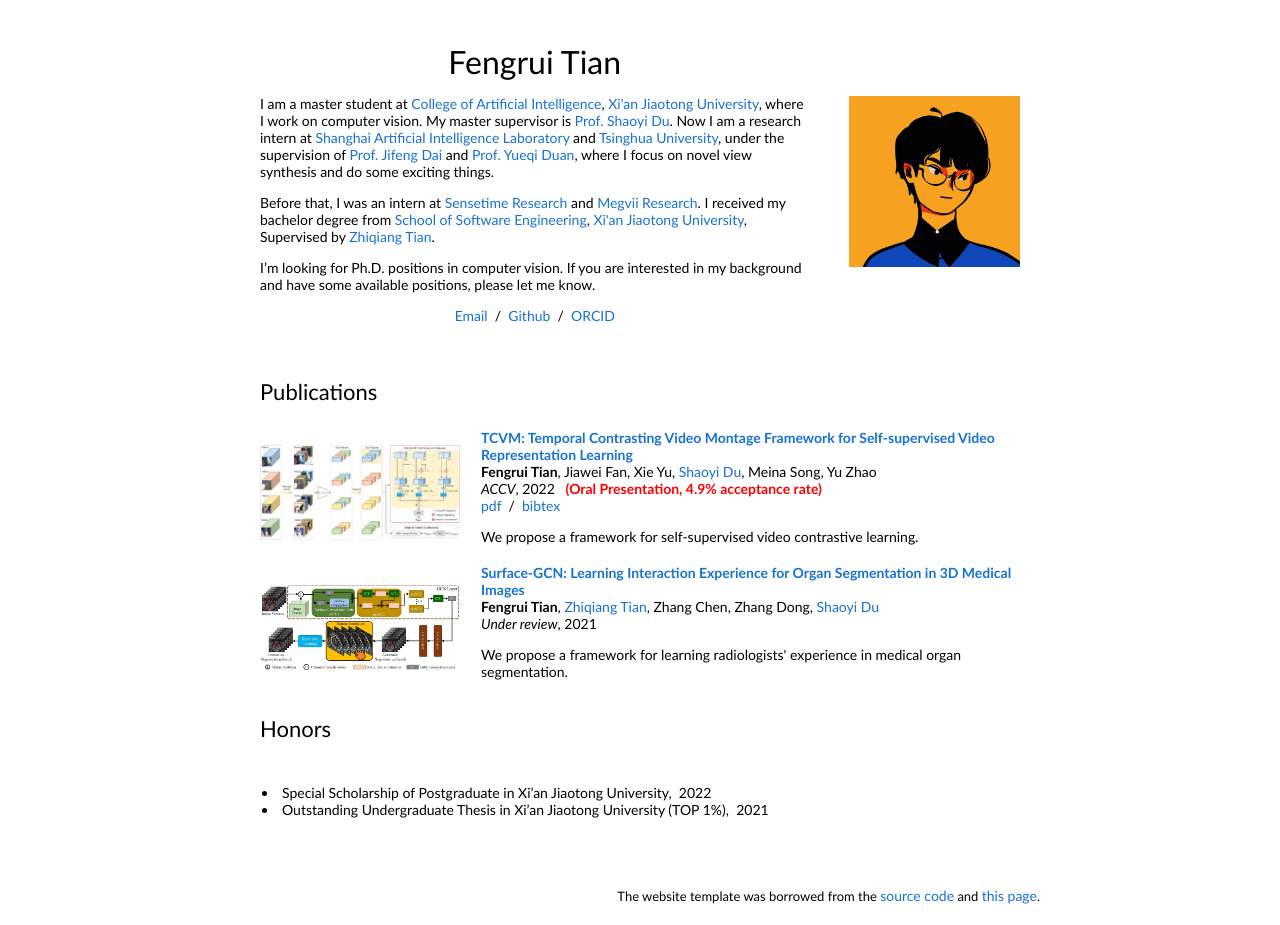
Repository: tianfr/tianfr.github.io
Page: index.html
The author's editor kept a copy of each file at every save. The page is drawn from the files as they stood at one save, then again after the next save.
The browser window is 1280 px wide. The pictures show the whole page.

Above is the page before, as saved 2022-11-20 16:16:41.

### index.html
<!DOCTYPE HTML>
<html lang="en"><head><meta http-equiv="Content-Type" content="text/html; charset=UTF-8">

  <title>Fengrui Tian </title>

  <meta name="author" content="Fengrui Tian">
  <meta name="viewport" content="width=device-width, initial-scale=1">

  <link rel="stylesheet" type="text/css" href="stylesheet.css">
	<link rel="icon" href="data:[embedded picture, 141 characters]">
</head>

<body>
  <table style="width:100%;max-width:800px;border:0px;border-spacing:0px;border-collapse:separate;margin-right:auto;margin-left:auto;"><tbody>
    <tr style="padding:0px">
      <td style="padding:0px">
        <table style="width:100%;border:0px;border-spacing:0px;border-collapse:separate;margin-right:auto;margin-left:auto;"><tbody>
          <tr style="padding:0px">
            <td style="padding:2.5%;width:70%;vertical-align:middle">
              <p style="text-align:center">
                <name>
                  Fengrui Tian
                  <!-- <font face="KaiTi" size="6">田丰瑞</font> -->
                </name>
              </p>
              <p>I am a master student at <a href="http://iair.xjtu.edu.cn/">College of Artificial Intelligence</a>, <a href="http://www.xjtu.edu.cn/">Xi'an Jiaotong University</a>, where I work on computer vision. My master supervisor is <a href="https://gr.xjtu.edu.cn/en/web/dushaoyi/home">Prof. Shaoyi Du</a>. Now I am a research intern at <a href="https://www.shlab.org.cn/">Shanghai Artificial Intelligence Laboratory</a> and <a href="https://www.tsinghua.edu.cn/">Tsinghua University</a>, under the supervision of <a href="https://jifengdai.org/">Prof. Jifeng Dai</a> and  <a href="https://duanyueqi.github.io/">Prof. Yueqi Duan</a>, where I focus on novel view synthesis and do some exciting things.
              </p>
              <p> Before that, I was an intern at <a href="https://www.sensetime.com/">Sensetime Research</a> and
                <a href="https://www.megvii.com/">Megvii Research</a>. I received my bachelor degree from  <a href="https://blog.google/products/google-ar-vr/introducing-next-generation-jump/">School of Software Engineering</a>, <a href="http://www.xjtu.edu.cn/">Xi'an Jiaotong University</a>, Supervised by <a href="https://gr.xjtu.edu.cn/en/web/zhiqiangtian/home">Zhiqiang Tian</a>.
              </p>
              <p>  I’m looking for Ph.D. positions in computer vision. If you are interested in my background and have some available positions, please let me know.
              </p>
              <p style="text-align:center">
                <a href="mailto:tianfr@stu.xjtu.edu.cn">Email</a> &nbsp/&nbsp
                <!-- <a href="data/JonBarron-CV.pdf">CV</a> &nbsp/&nbsp -->
                <!-- <a href="data/JonBarron-bio.txt">Bio</a> &nbsp/&nbsp -->
                <!-- <a href="https://scholar.google.com/citations?hl=en&user=jktWnL8AAAAJ">Google Scholar</a> &nbsp/&nbsp -->
                <!-- <a href="https://twitter.com/jon_barron">Twitter</a> &nbsp/&nbsp -->
                <a href="https://github.com/tianfr/">Github</a> &nbsp/&nbsp
                <a href="https://orcid.org/0000-0002-9577-5276">ORCID</a>
              </p>
            </td>
            <td style="padding:2.5%;width:25%;max-width:25%">
              <a href="images/Fengrui_Tian_avatar.jpg"><img style="width:100%;max-width:100%" alt="profile photo" src="images/Fengrui_Tian_avatar.jpg" class="hoverZoomLink"></a>
            </td>
          </tr>
        <!-- </tbody></table>
        <table style="width:100%;border:0px;border-spacing:0px;border-collapse:separate;margin-right:auto;margin-left:auto;"><tbody>
            <tr>
            <td style="padding:20px;width:100%;vertical-align:middle">
              <heading>Research</heading>
              <p>
                I'm interested in computer vision, machine learning, optimization, and image processing. Much of my research is about inferring the physical world (shape, motion, color, light, etc) from images. Representative papers are <span class="highlight">highlighted</span>.
              </p>
            </td>
          </tr>
        </tbody></table> -->
        <table width="100%" align="center" border="0" cellspacing="0" cellpadding="20"><tbody>
          <tr>
            <td>
              <heading>Publications</heading>
            </td>
          </tr>
        </tbody></table>
        <table style="width:100%;border:0px;border-spacing:0px;border-collapse:separate;margin-right:auto;margin-left:auto;"><tbody>

          <tr onmouseout="dreamfusion_stop()" onmouseover="dreamfusion_start()">
            <td style="padding:20px;width:25%;vertical-align:middle">
              <img src="images/tcvm_overview.jpg" alt="prl" width="200" height="95">
            </td>
            <!-- <td style="padding:20px;width:25%;vertical-align:middle">
              <div class="one">
                <div class="two" id='dreamfusion_image'><video  width=100% height=100% muted autoplay loop>
                <source src="images/dreamfusion.mp4" type="video/mp4">
                Your browser does not support the video tag.
                </video></div>
                <img src='images/tcvm_overview.jpg' width="160">
              </div>
              <script type="text/javascript">
                function dreamfusion_start() {
                  document.getElementById('dreamfusion_image').style.opacity = "1";
                }

                function dreamfusion_stop() {
                  document.getElementById('dreamfusion_image').style.opacity = "0";
                }
                dreamfusion_stop()
              </script>
            </td> -->
            <!-- <td style="padding:20px;width:75%;vertical-align:middle"> -->
            <td width="75%" valign="middle">
              <a href="paper/22accv_tcvm.pdf">
                <papertitle>TCVM: Temporal Contrasting Video Montage Framework for Self-supervised Video Representation Learning</papertitle>
              </a>
              <br>
              <strong>Fengrui Tian</strong>,
              Jiawei Fan,
              Xie Yu,
              <a href="https://gr.xjtu.edu.cn/en/web/dushaoyi/home">Shaoyi Du</a>,
              Meina Song,
              Yu Zhao
              <br>
              <em>ACCV</em>, 2022 &nbsp <font color="red"><strong>(Oral Presentation, 4.9% acceptance rate)</strong></font>
              <br>
              <a href="paper/22accv_tcvm.pdf">pdf</a>  &nbsp/&nbsp
              <a href="data/accv22TCVM.bib">bibtex</a>
              <p></p>
              <p>
              We propose a framework for self-supervised video contrastive learning.
              </p>
            </td>
          </tr>


          <tr>
            <td style="padding:20px;width:25%;vertical-align:middle">
              <img src="images/surfacegcn.jpg" alt="prl" width="200" height="85">
            </td>
            <td width="75%" valign="middle">
              <a href="">
                <papertitle>Surface-GCN: Learning Interaction Experience for Organ Segmentation in 3D Medical Images</papertitle>
              </a>
              <br>
              <strong>Fengrui Tian</strong>,
              <a href="https://gr.xjtu.edu.cn/en/web/zhiqiangtian/home">Zhiqiang Tian</a>,
              Zhang Chen,
              Zhang Dong,
              <a href="https://gr.xjtu.edu.cn/en/web/dushaoyi/home">Shaoyi Du</a>
              <br>
              <em>Under review</em>, 2021
              <br>
              <!-- <a href="data/BarronPRL2009.bib">bibtex</a> -->
              <p>We propose a framework for learning radiologists' experience in medical organ segmentation.</p>
            </td>
          </tr>

        </tbody></table>


        <table width="100%" align="center" border="0" cellspacing="0" cellpadding="20"><tbody>
          <tr>
            <td>
              <heading>Honors</heading>
            </td>
          </tr>
        </tbody></table>
        <table width="100%" align="center" border="0" cellpadding="20"><tbody>
          <tr>
            <td style="padding:20px;width:100%;vertical-align:middle">
              <li>Special Scholarship of Postgraduate in Xi’an Jiaotong University,&nbsp; 2022 </li>
              <li>Outstanding Undergraduate Thesis in Xi’an Jiaotong University (TOP 1%),&nbsp; 2021 </li> <br>
          </td>

          </tr>


        </tbody></table>
        <table style="width:100%;border:0px;border-spacing:0px;border-collapse:separate;margin-right:auto;margin-left:auto;"><tbody>
          <tr>
            <td style="padding:0px">
              <br>
              <p style="text-align:right;font-size:small;">
                The website template was borrowed from the <a href="https://github.com/jonbarron/website">source code</a> and <a href="https://jonbarron.info/"> this page</a>.
              </p>
            </td>
          </tr>
        </tbody></table>
      </td>
    </tr>
  </table>
</body>

</html>

### stylesheet.css
/* latin-ext */
@font-face {
  font-family: 'Lato';
  font-style: italic;
  font-weight: 400;
  src: local('Lato Italic'), local('Lato-Italic'), url(https://fonts.gstatic.com/s/lato/v15/S6u8w4BMUTPHjxsAUi-qNiXg7eU0.woff2) format('woff2');
  unicode-range: U+0100-024F, U+0259, U+1E00-1EFF, U+2020, U+20A0-20AB, U+20AD-20CF, U+2113, U+2C60-2C7F, U+A720-A7FF;
}
/* latin */
@font-face {
  font-family: 'Lato';
  font-style: italic;
  font-weight: 400;
  src: local('Lato Italic'), local('Lato-Italic'), url(https://fonts.gstatic.com/s/lato/v15/S6u8w4BMUTPHjxsAXC-qNiXg7Q.woff2) format('woff2');
  unicode-range: U+0000-00FF, U+0131, U+0152-0153, U+02BB-02BC, U+02C6, U+02DA, U+02DC, U+2000-206F, U+2074, U+20AC, U+2122, U+2191, U+2193, U+2212, U+2215, U+FEFF, U+FFFD;
}
/* latin-ext */
@font-face {
  font-family: 'Lato';
  font-style: italic;
  font-weight: 700;
  src: local('Lato Bold Italic'), local('Lato-BoldItalic'), url(https://fonts.gstatic.com/s/lato/v15/S6u_w4BMUTPHjxsI5wq_FQftx9897sxZ.woff2) format('woff2');
  unicode-range: U+0100-024F, U+0259, U+1E00-1EFF, U+2020, U+20A0-20AB, U+20AD-20CF, U+2113, U+2C60-2C7F, U+A720-A7FF;
}
/* latin */
@font-face {
  font-family: 'Lato';
  font-style: italic;
  font-weight: 700;
  src: local('Lato Bold Italic'), local('Lato-BoldItalic'), url(https://fonts.gstatic.com/s/lato/v15/S6u_w4BMUTPHjxsI5wq_Gwftx9897g.woff2) format('woff2');
  unicode-range: U+0000-00FF, U+0131, U+0152-0153, U+02BB-02BC, U+02C6, U+02DA, U+02DC, U+2000-206F, U+2074, U+20AC, U+2122, U+2191, U+2193, U+2212, U+2215, U+FEFF, U+FFFD;
}
/* latin-ext */
@font-face {
  font-family: 'Lato';
  font-style: normal;
  font-weight: 400;
  src: local('Lato Regular'), local('Lato-Regular'), url(https://fonts.gstatic.com/s/lato/v15/S6uyw4BMUTPHjxAwXiWtFCfQ7A.woff2) format('woff2');
  unicode-range: U+0100-024F, U+0259, U+1E00-1EFF, U+2020, U+20A0-20AB, U+20AD-20CF, U+2113, U+2C60-2C7F, U+A720-A7FF;
}
/* latin */
@font-face {
  font-family: 'Lato';
  font-style: normal;
  font-weight: 400;
  src: local('Lato Regular'), local('Lato-Regular'), url(https://fonts.gstatic.com/s/lato/v15/S6uyw4BMUTPHjx4wXiWtFCc.woff2) format('woff2');
  unicode-range: U+0000-00FF, U+0131, U+0152-0153, U+02BB-02BC, U+02C6, U+02DA, U+02DC, U+2000-206F, U+2074, U+20AC, U+2122, U+2191, U+2193, U+2212, U+2215, U+FEFF, U+FFFD;
}
/* latin-ext */
@font-face {
  font-family: 'Lato';
  font-style: normal;
  font-weight: 700;
  src: local('Lato Bold'), local('Lato-Bold'), url(https://fonts.gstatic.com/s/lato/v15/S6u9w4BMUTPHh6UVSwaPGQ3q5d0N7w.woff2) format('woff2');
  unicode-range: U+0100-024F, U+0259, U+1E00-1EFF, U+2020, U+20A0-20AB, U+20AD-20CF, U+2113, U+2C60-2C7F, U+A720-A7FF;
}
/* latin */
@font-face {
  font-family: 'Lato';
  font-style: normal;
  font-weight: 700;
  src: local('Lato Bold'), local('Lato-Bold'), url(https://fonts.gstatic.com/s/lato/v15/S6u9w4BMUTPHh6UVSwiPGQ3q5d0.woff2) format('woff2');
  unicode-range: U+0000-00FF, U+0131, U+0152-0153, U+02BB-02BC, U+02C6, U+02DA, U+02DC, U+2000-206F, U+2074, U+20AC, U+2122, U+2191, U+2193, U+2212, U+2215, U+FEFF, U+FFFD;
}

a {
  color: #1772d0;
  text-decoration: none;
}

a:focus,
a:hover {
  color: #f09228;
  text-decoration: none;
}

body,
td,
th,
tr,
p,
a {
  font-family: 'Lato', Verdana, Helvetica, sans-serif;
  font-size: 14px
}

strong {
  font-family: 'Lato', Verdana, Helvetica, sans-serif;
  font-size: 14px;
}

heading {
  font-family: 'Lato', Verdana, Helvetica, sans-serif;
  font-size: 22px;
}

papertitle {
  font-family: 'Lato', Verdana, Helvetica, sans-serif;
  font-size: 14px;
  font-weight: 700
}

name {
  font-family: 'Lato', Verdana, Helvetica, sans-serif;
  font-size: 32px;
}

.one {
  width: 160px;
  height: 160px;
  position: relative;
}

.two {
  width: 160px;
  height: 160px;
  position: absolute;
  transition: opacity .2s ease-in-out;
  -moz-transition: opacity .2s ease-in-out;
  -webkit-transition: opacity .2s ease-in-out;
}

.fade {
  transition: opacity .2s ease-in-out;
  -moz-transition: opacity .2s ease-in-out;
  -webkit-transition: opacity .2s ease-in-out;
}

span.highlight {
  background-color: #ffffd0;
}

After the next save:
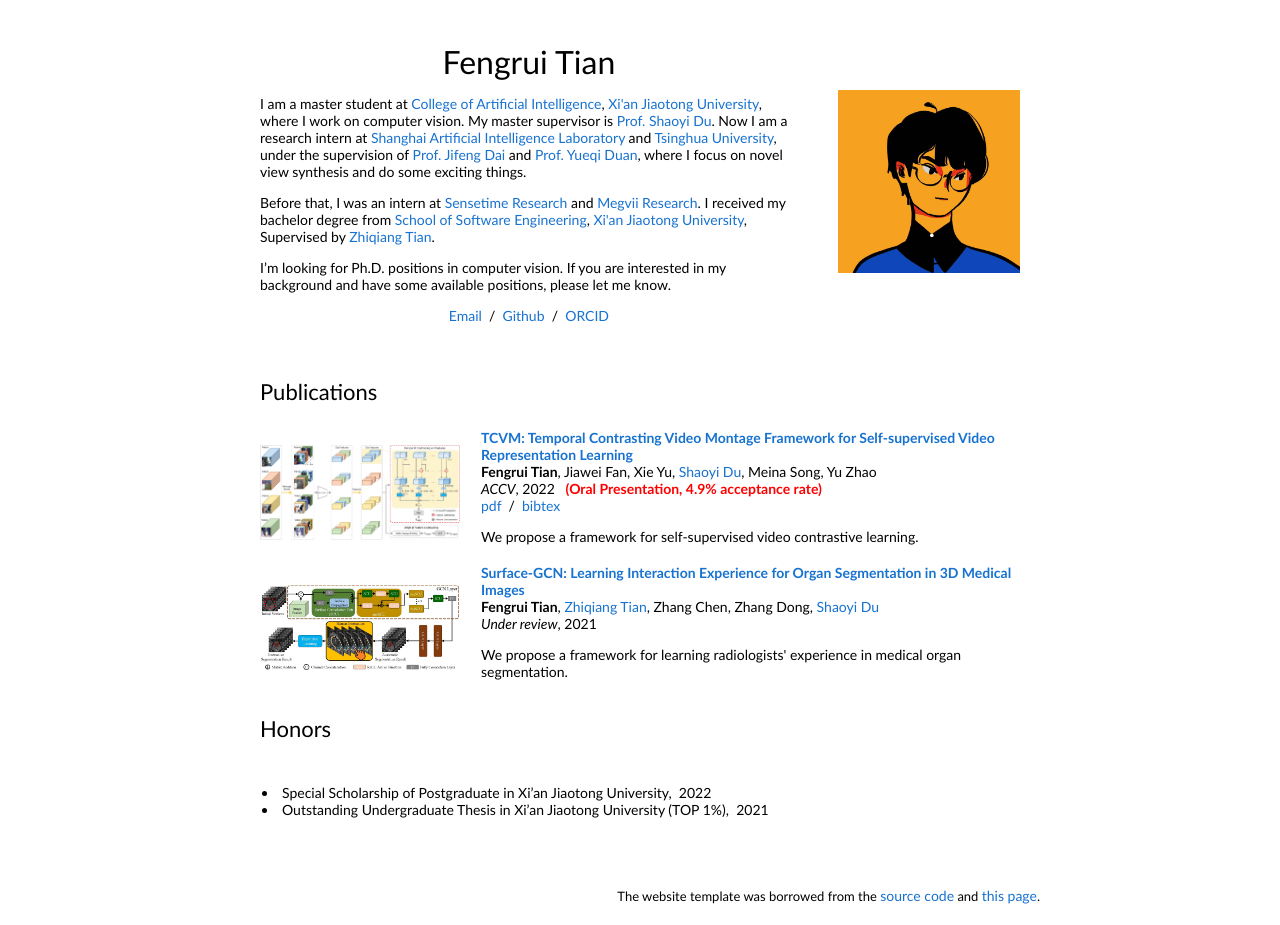
Saved 87 s later.
--- a/index.html
+++ b/index.html
@@ -16,7 +16,7 @@
       <td style="padding:0px">
         <table style="width:100%;border:0px;border-spacing:0px;border-collapse:separate;margin-right:auto;margin-left:auto;"><tbody>
           <tr style="padding:0px">
-            <td style="padding:2.5%;width:70%;vertical-align:middle">
+            <td style="padding:2.5%;width:65%;vertical-align:middle">
               <p style="text-align:center">
                 <name>
                   Fengrui Tian
